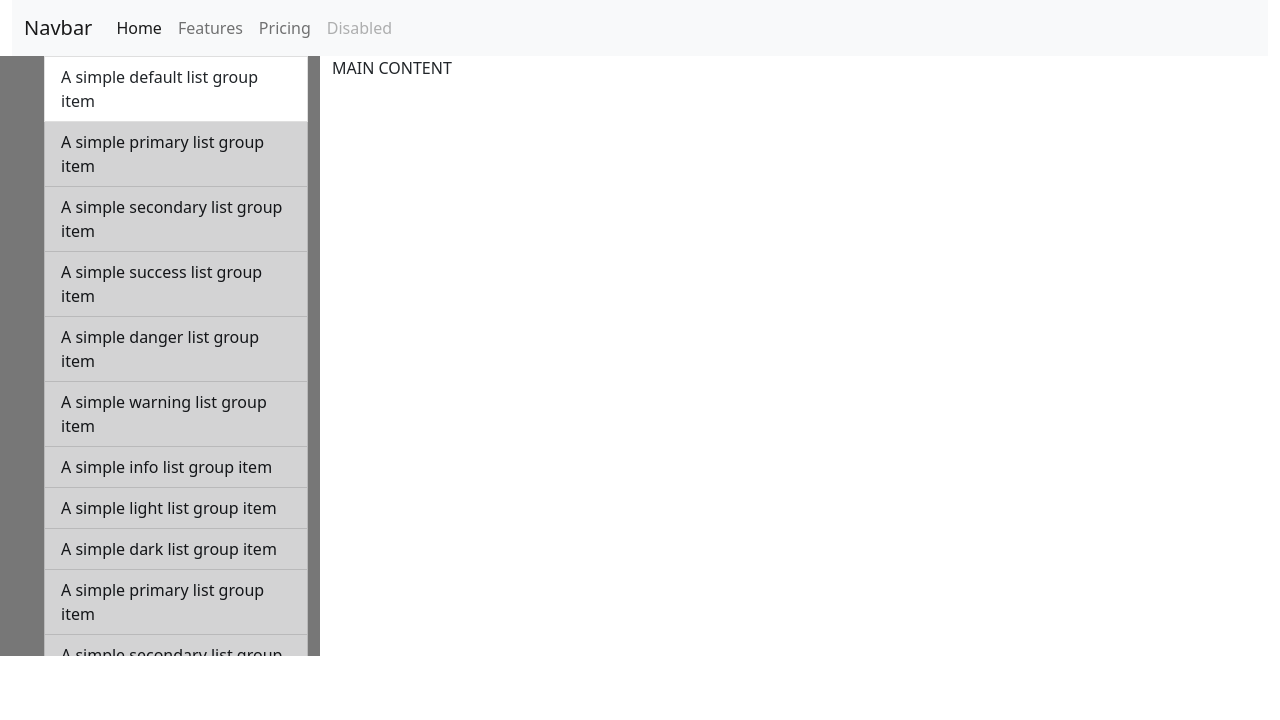
Repository: Dayvid0/BOOTSTRAP-TUTORIALS
Page: BOOTSTRAP-GRID-LAYOUTS/ibmexample.html
The author's editor kept a copy of each file at every save. The page is drawn from the files as they stood at one save, then again after the next save.
The browser window is 1280 px wide. The pictures show the whole page.

Above is the page before, as saved 2025-01-25 09:13:57.

### BOOTSTRAP-GRID-LAYOUTS/ibmexample.html
<!doctype html>
<html lang="en">
  <head>
    <!-- Required meta tags -->
    <meta charset="utf-8">
    <meta name="viewport" content="width=device-width, initial-scale=1">
    <title>IBM PRACTICE LAYOUT</title>
    <!-- Bootstrap CSS -->
    <link href="https://cdn.jsdelivr.net/npm/bootstrap@5.0.2/dist/css/bootstrap.min.css" rel="stylesheet" integrity="sha384-EVSTQN3/azprG1Anm3QDgpJLIm9Nao0Yz1ztcQTwFspd3yD65VohhpuuCOmLASjC" crossorigin="anonymous">
    <link rel="stylesheet" href="ibm-style.css"
  </head>
  <body>
    <div class="container-fluid">
      <nav class="navbar navbar-expand-lg navbar-light bg-light">
        <div class="container-fluid">
          <a class="navbar-brand" href="#">Navbar</a>
          <button class="navbar-toggler" type="button" data-bs-toggle="collapse" data-bs-target="#navbarNav" aria-controls="navbarNav" aria-expanded="false" aria-label="Toggle navigation">
            <span class="navbar-toggler-icon"></span>
          </button>
          <div class="collapse navbar-collapse" id="navbarNav">
            <ul class="navbar-nav">
              <li class="nav-item">
                <a class="nav-link active" aria-current="page" href="#">Home</a>
              </li>
              <li class="nav-item">
                <a class="nav-link" href="#">Features</a>
              </li>
              <li class="nav-item">
                <a class="nav-link" href="#">Pricing</a>
              </li>
              <li class="nav-item">
                <a class="nav-link disabled" href="#" tabindex="-1" aria-disabled="true">Disabled</a>
              </li>
            </ul>
          </div>
        </div>
      </nav>
    </div>
    <div class="container-fluid">
      <div class="row"> <!-- ./row-->
        <div class="col-3 sidebar">
          <ul >
            <li class="list-group-item">A simple default list group item</li>
            <li class="list-group-item list-group-item-dark">A simple primary list group item</li>
            <li class="list-group-item list-group-item-dark">A simple secondary list group item</li>
            <li class="list-group-item list-group-item-dark">A simple success list group item</li>
            <li class="list-group-item list-group-item-dark">A simple danger list group item</li>
            <li class="list-group-item list-group-item-dark">A simple warning list group item</li>
            <li class="list-group-item list-group-item-dark">A simple info list group item</li>
            <li class="list-group-item list-group-item-dark">A simple light list group item</li>
            <li class="list-group-item list-group-item-dark">A simple dark list group item</li>
            <li class="list-group-item list-group-item-dark">A simple primary list group item</li>
            <li class="list-group-item list-group-item-dark">A simple secondary list group item</li>
            <li class="list-group-item list-group-item-dark">A simple success list group item</li>
            <li class="list-group-item list-group-item-dark">A simple danger list group item</li>
            <li class="list-group-item list-group-item-dark">A simple warning list group item</li>
            <li class="list-group-item list-group-item-dark">A simple info list group item</li>
            <li class="list-group-item list-group-item-dark">A simple light list group item</li>
          </ul>
        </div><!-- ./col-3-->
        <div class="col-9">
          MAIN CONTENT
        </div><!-- ./col-9-->
      </div><!-- ./row -->
    </div><!-- ./container-fluid -->
    <script src="https://cdn.jsdelivr.net/npm/bootstrap@5.0.2/dist/js/bootstrap.bundle.min.js" integrity="sha384-MrcW6ZMFYlzcLA8Nl+NtUVF0sA7MsXsP1UyJoMp4YLEuNSfAP+JcXn/tWtIaxVXM" crossorigin="anonymous"></script>
  </body>
</html>

### BOOTSTRAP-GRID-LAYOUTS/ibm-style.css
.sidebar {
  background-color: #777;
  max-height: 600px;
  overflow-y: scroll;
}

After the next save:
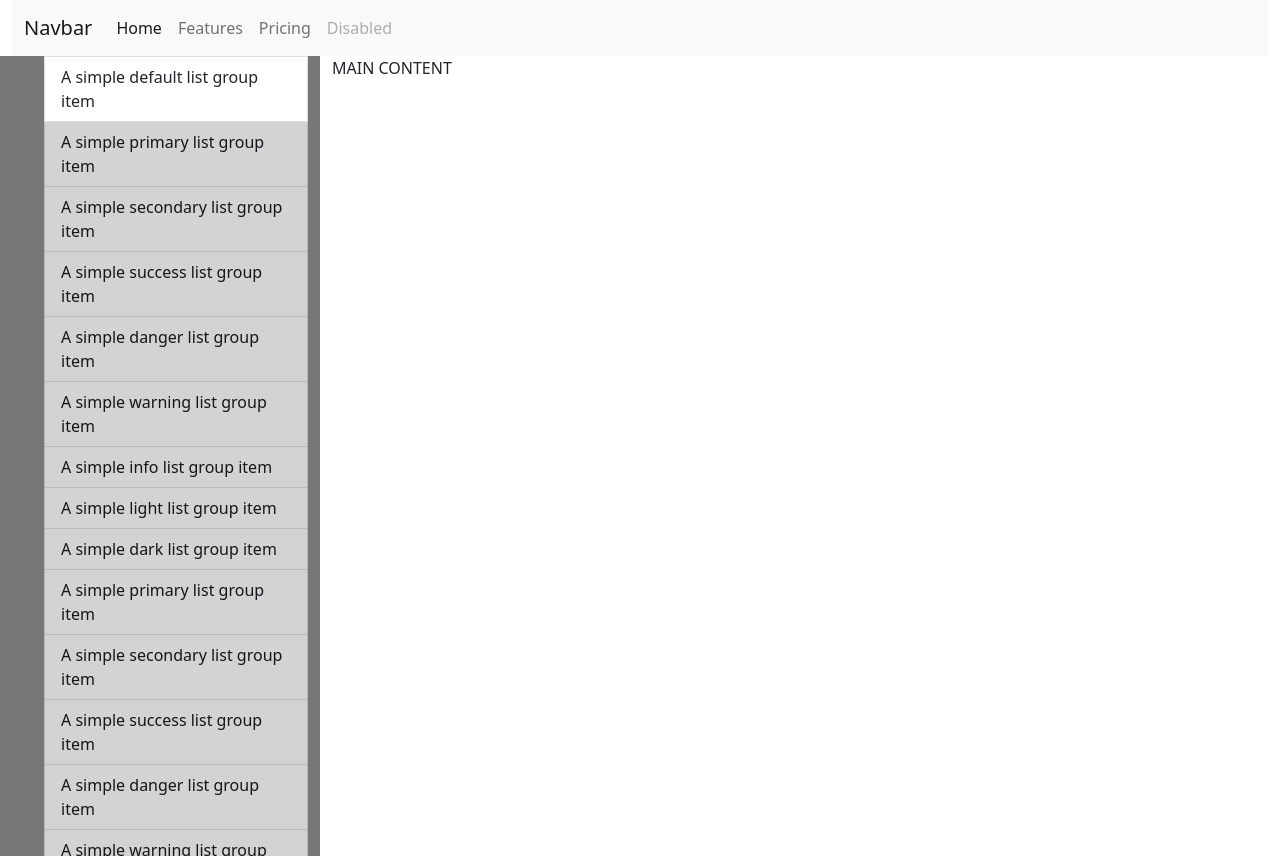
Saved 11 min 14 s later.
--- a/BOOTSTRAP-GRID-LAYOUTS/ibm-style.css
+++ b/BOOTSTRAP-GRID-LAYOUTS/ibm-style.css
@@ -1,5 +1,5 @@
 .sidebar {
   background-color: #777;
-  max-height: 600px;
+  max-height: 800px;
   overflow-y: scroll;
 }
